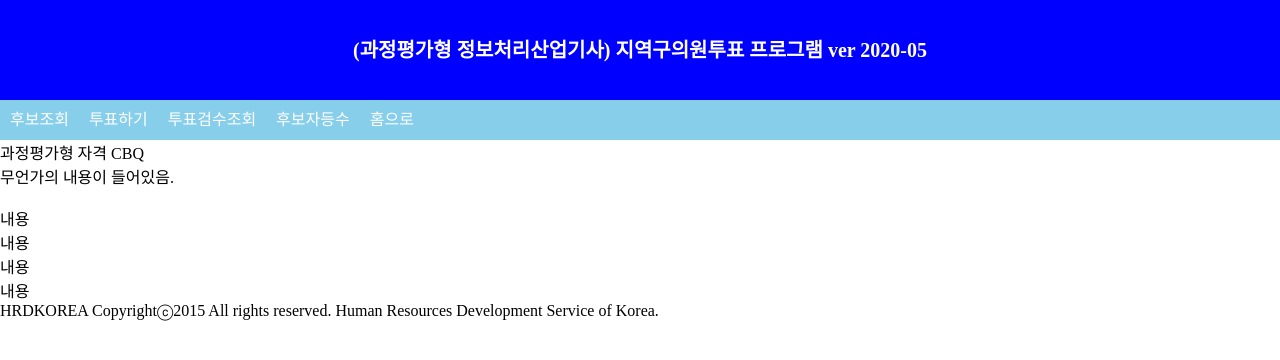
Repository: kayeunae/mvc-pattern
Page: http://localhost/VOTE_1234/
The author's editor kept a copy of each file at every save. The page is drawn from the files as they stood at one save, then again after the next save.
The browser window is 1280 px wide. The pictures show the whole page.
The page is served by Tomcat 9. Other server files are loaded and not shown.

Above is the page before, as saved 2022-12-21 05:11:08.

### VOTE_1234/src/main/webapp/index.jsp
<%@ page language="java" contentType="text/html; charset=UTF-8"
    pageEncoding="UTF-8"%>
<!DOCTYPE html>
<html>
<head>
<meta charset="UTF-8">
<title>Insert title here</title>
<link rel="stylesheet" href="style.css">
</head>
<body>
	<%@ include file="topmenu.jsp" %>
	<section>
		<p>과정평가형 자격 CBQ</p>
		<span>무언가의 내용이 들어있음.</span> <br />
		<br />
		<ul>
			<li>내용</li>
			<li>내용</li>
			<li>내용</li>
			<li>내용</li>
		</ul>
	</section>
	<%@ include file="footer.jsp" %>
</body>
</html>

### VOTE_1234/src/main/webapp/topmenu.jsp
<%@ page language="java" contentType="text/html; charset=UTF-8"
    pageEncoding="UTF-8"%>
<!DOCTYPE html>
<html>
<head>
<meta charset="UTF-8">
<title>Insert title here</title>
</head>
<body>
	<header>(과정평가형 정보처리산업기사) 지역구의원투표 프로그램 ver 2020-05</header>
	<nav>
		<ul>
			<li><a href="member">후보조회</a></li>
			<li><a href="vote">투표하기</a></li>
			<li><a href="view">투표검수조회</a></li>
			<li><a href="result">후보자등수</a></li>
			<li><a href="home">홈으로</a></li>
		</ul>
	</nav>
</body>
</html>

### VOTE_1234/src/main/webapp/footer.jsp
<%@ page language="java" contentType="text/html; charset=UTF-8"
    pageEncoding="UTF-8"%>
<!DOCTYPE html>
<html>
<head>
<meta charset="UTF-8">
<title>Insert title here</title>
</head>
<body>
	<footer>
	HRDKOREA Copyrightⓒ2015 All rights reserved. Human Resources Development Service of Korea.
	</footer>

</body>
</html>

### VOTE_1234/src/main/webapp/style.css
@charset "UTF-8";

/*초기화 코드*/
* {
margin: 0;
padding: 0;
}

/*topmenu.jsp*/
header {
	top: 0;
	height: 100px;
	line-height: 100px;
	width: 100%;
	background: blue;
	text-align: center;
	font-size: 20px;
	font-weight: 900;
	color: white;
}

nav ul {
	height: 40px;
	line-height: 40px;
	width: 100%;
	background: skyblue;
	overflow: hidden;
}

nav ul li {
	list-style: none;
	float: left;
	padding: 0 10px;
}

a {
	text-decoration: none;
	color: white;
}

After the next save:
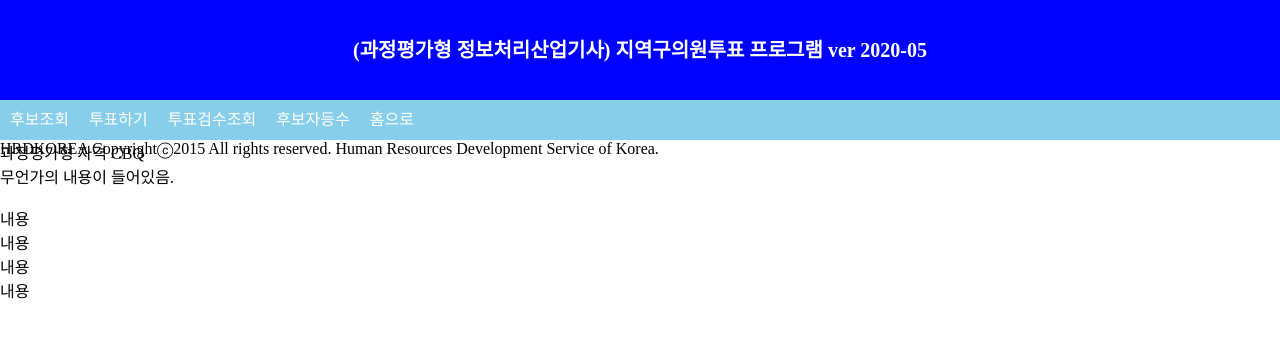
Saved 74 s later.
--- a/VOTE_1234/src/main/webapp/style.css
+++ b/VOTE_1234/src/main/webapp/style.css
@@ -37,3 +37,8 @@
 	text-decoration: none;
 	color: white;
 }
+
+/* index.jsp */
+section {
+	position: absolute;
+}
